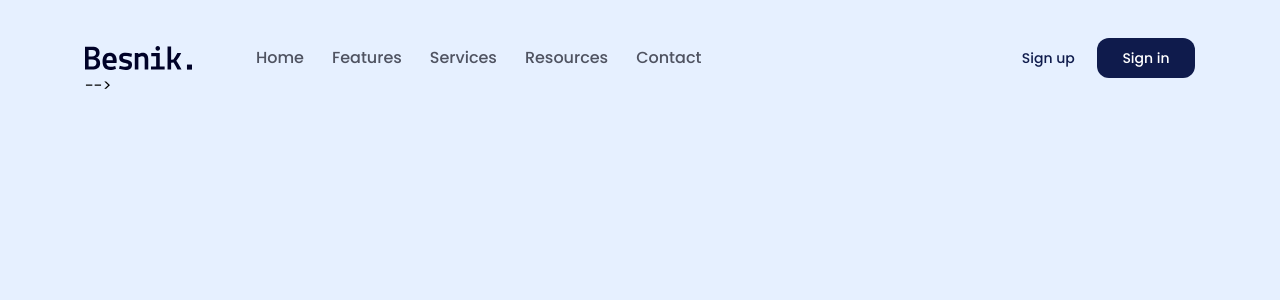
Repository: datvu1608/dv-htmlcss-01
Page: index.html
The author's editor kept a copy of each file at every save. The page is drawn from the files as they stood at one save, then again after the next save.
The browser window is 1280 px wide. The pictures show the whole page.

Above is the page before, as saved 2023-06-02 09:10:57.

After the next save:
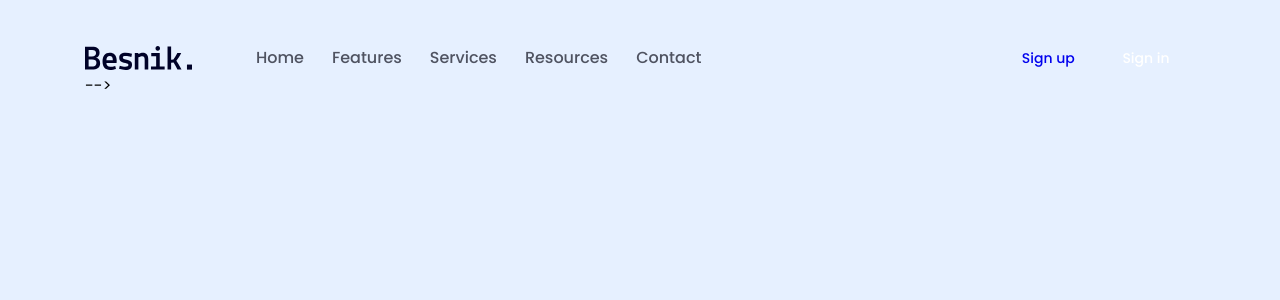
Saved 97 s later.
--- a/assets/css/style.css
+++ b/assets/css/style.css
@@ -11,7 +11,7 @@
 
 /* Common */
 :root {
-  --primary-color: #0f1b4c;
+  --primary-color: var(-);
 }
 a {
   text-decoration: none;
@@ -26,7 +26,7 @@
   display: inline-block;
   padding: 18px 16px;
   min-width: 98px;
-  background: #0f1b4c;
+  background: var(-);
   border-radius: 12px;
   font-weight: 500;
   font-size: 1.4rem;
@@ -68,7 +68,7 @@
 }
 .navbar .action-link {
   font-size: 1.4rem;
-  color: #0f1b4c;
+  color: var(-);
   font-weight: 500;
 }
 .navbar .action-btn {
